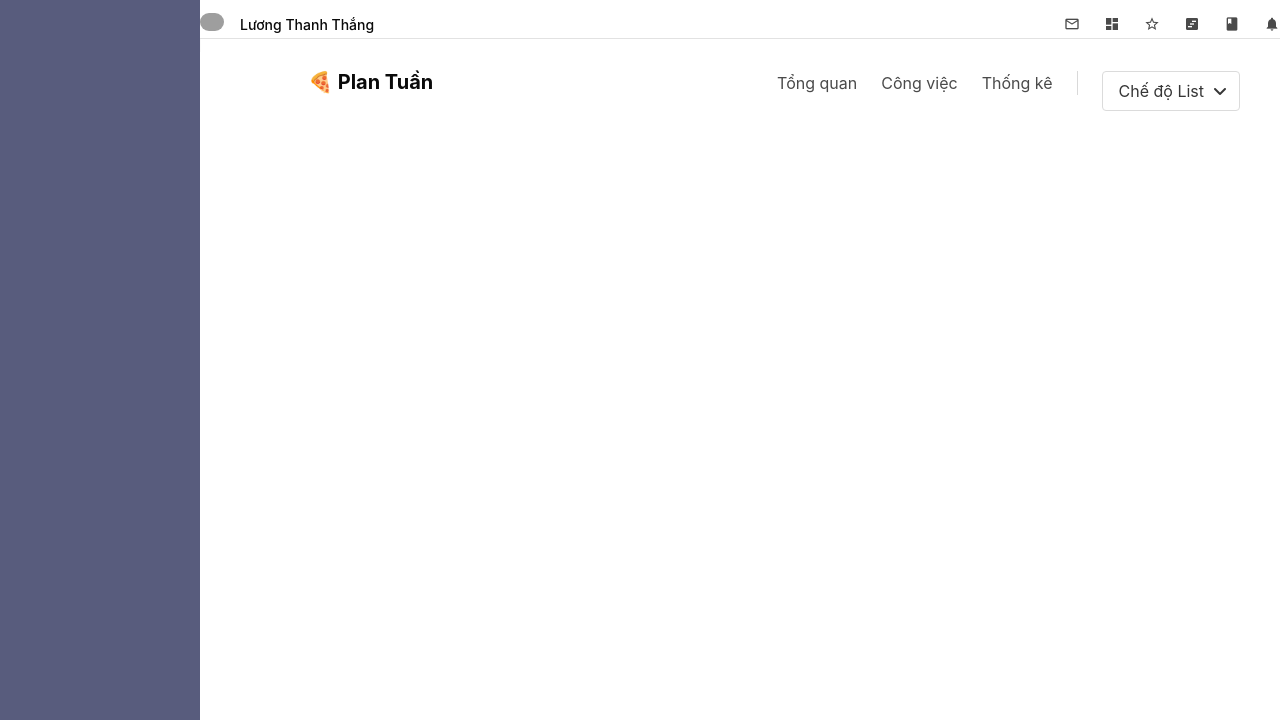
Repository: luongthanhthang/revision-front-end
Page: ke-hoach.html
An editor plug-in stored every save of this project. The page is shown before and after the next save, followed by the edit.
The browser window is 1280 px wide. The pictures show the whole page.
Pictures or frames that could not be fetched are drawn as grey boxes. Some web libraries are served in a nearby version.

Above is the page before, as saved 2023-02-11 10:50:25.

After the next save:
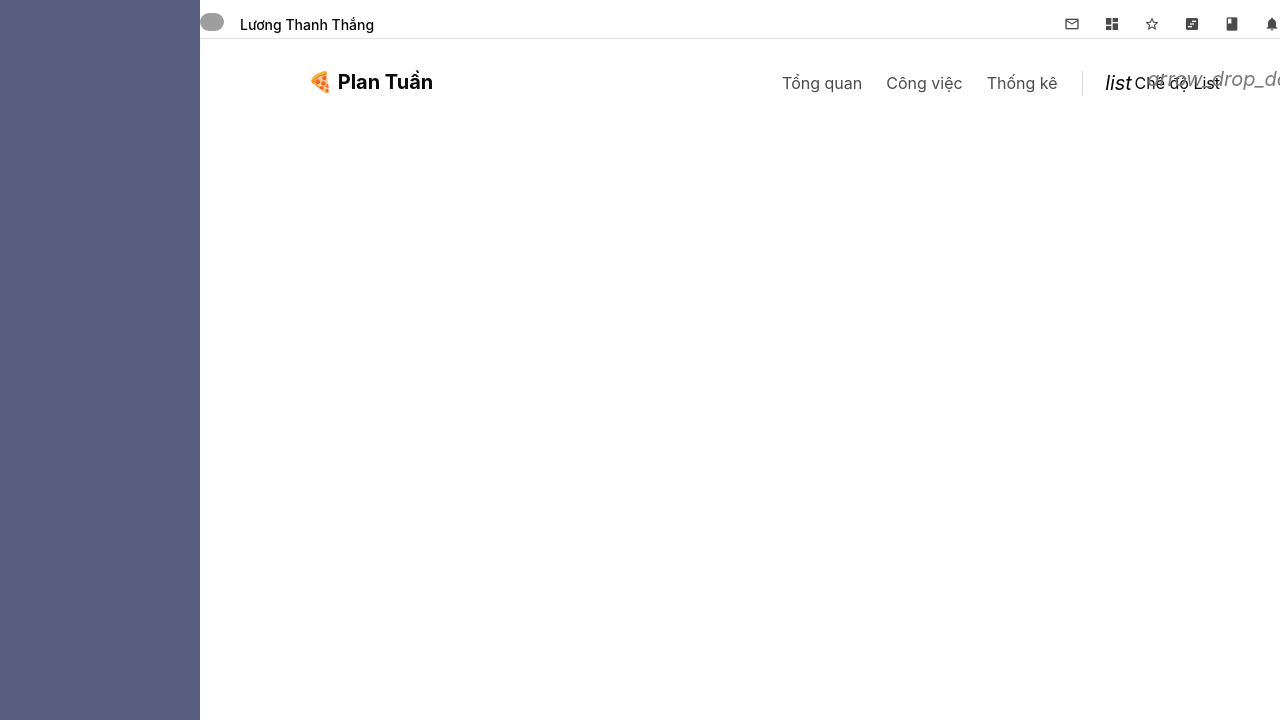
Saved 32 s later.
--- a/ke-hoach.html
+++ b/ke-hoach.html
@@ -98,21 +98,8 @@
                   </li>
                   <li class="column is-narrow">
                     <div class="dropdown is-hoverable">
-                      <div class="dropdown-trigger">
-                          <button class="button" aria-haspopup="true" aria-controls="dropdown-menu4">
-                              <span>Chế độ List</span>
-                              <span class="icon is-small">
-                                  <i class="fas fa-angle-down" aria-hidden="true"></i>
-                              </span>
-                          </button>
-                      </div>
-                      <div class="dropdown-menu" id="dropdown-menu4" role="menu">
-                          <div class="dropdown-content">
-                              <div class="dropdown-item">
-                                  <p>Lorem, ipsum dolor sit amet consectetur adipisicing.</p>
-                              </div>
-                          </div>
-                      </div>
+                      <div class="dropdown-trigger"><a class="icon-text has-text-black"><!--!--><span class="icon"><i class="material-icons-outlined is-size-5">list</i></span>
+                        <!--!--><span>Chế độ List</span><!--!--><span class="icon is-small has-text-grey"><i class="material-icons-outlined is-size-5">arrow_drop_down</i></span></a></div>
                   </div>
                   </li>
                 </ul>
